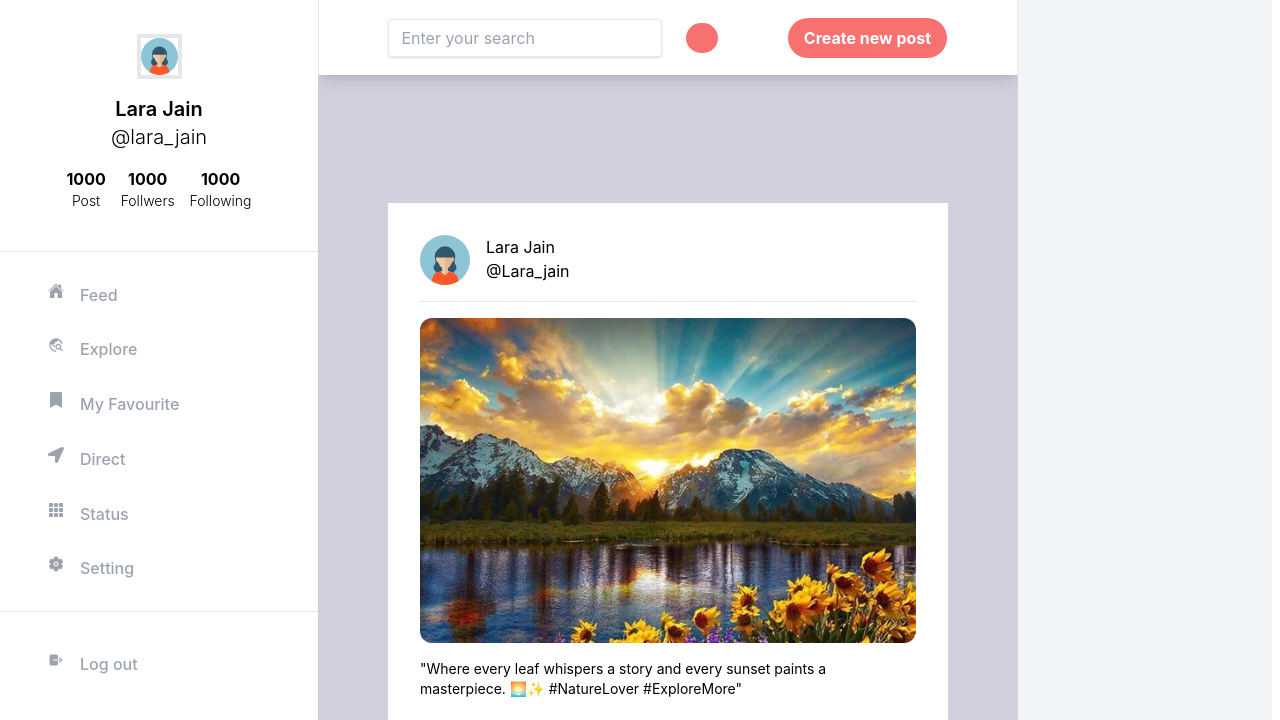
Repository: cosmicswati/upgrad-captions-project
Page: /
An editor plug-in stored every save of this project. The page is shown before and after the next save, followed by the edit.
The browser window is 1280 px wide. The pictures show the whole page.
An inner scrolling area shows only its first screen. The project was rebuilt for these pictures with package versions that can differ from the ones it lists, and the page was loaded fresh each time. Also part of the build but not shown: src/modules/Authorization/Form.jsx, src/modules/Authorization/index.js.

Above is the page before, as saved 2024-04-13 11:54:22.

After the next save:
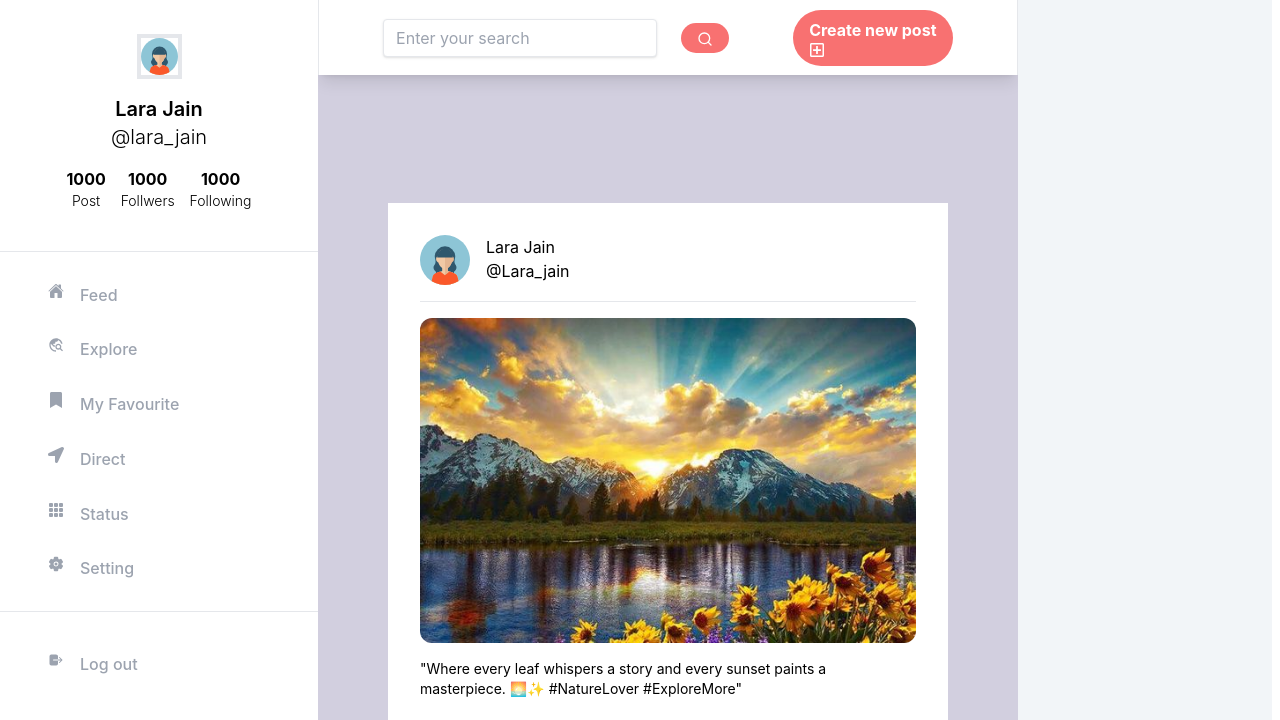
Saved 2 min 45 s later.
--- a/src/components/Button/index.js
+++ b/src/components/Button/index.js
@@ -1,6 +1,7 @@
 import React from 'react'
 
 const Button = ({
+   icon = null,
     label ='',
     className =''
 
@@ -8,6 +9,7 @@ const Button = ({
   return (
     <button className={`bg-blue-500 hover:bg-blue-700 text-white font-bold py-2 px-4 rounded ${className}`}>
       {label}
+      {icon}
   </button>
   )
 }
